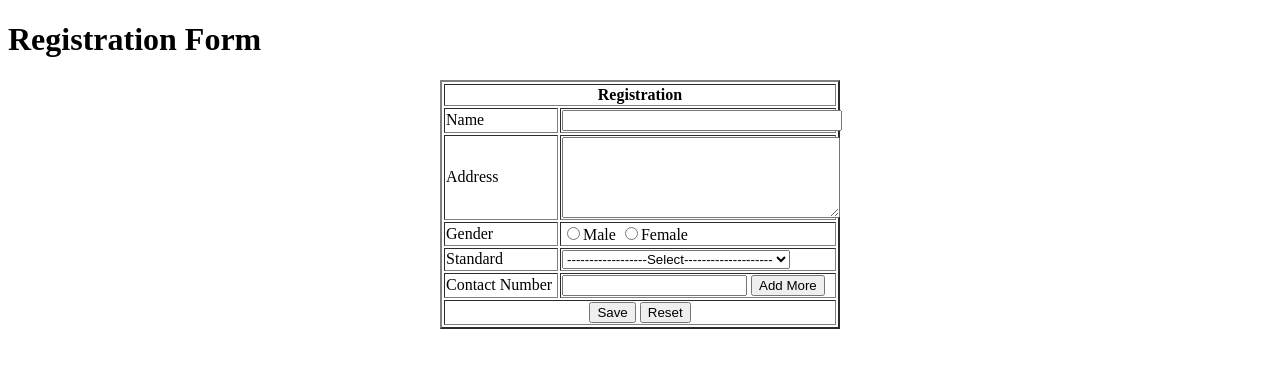
Repository: nsbgit/JavaTutorial
Page: http://localhost/2ndBatch/
An editor plug-in stored every save of this project. The page is shown before and after the next save, followed by the edit.
The browser window is 1280 px wide. The pictures show the whole page.
The page is served by Tomcat 9.

Above is the page before, as saved 2013-12-17 20:33:13.

### Webel Daily Home/J2EE Webel Tutorial Class/2ndBatch/WebContent/1st.jsp
<%@ page language="java" contentType="text/html; charset=ISO-8859-1"
    pageEncoding="ISO-8859-1"%>
<!DOCTYPE html PUBLIC "-//W3C//DTD HTML 4.01 Transitional//EN" "http://www.w3.org/TR/html4/loose.dtd">
<html>
<head>
<meta http-equiv="Content-Type" content="text/html; charset=ISO-8859-1">
<title>Webel Tutorial</title>
</head>
<body>
	<form action="#" method="post">
	<%--
	We have to draw or make a table inside form tag because this tag is required to pass the value into SERVLET
	 --%>
		<table border="2" width="400px" align="center">
		<%--
		Table is created into a row and column manner
		 --%>
			<h1 >Registration Form</h1> <%-- This is for heading of the page --%>

			<tr>
			<%--
			This tag is used for creation of a new row
			 --%>
				<th align="center" colspan="2">Registration</th> <%-- This tag is used for table header --%>
			</tr>

			<tr>
				<td>Name</td> <%-- This tag is for the new column for a particular row --%>
				<td>
					<input type="text" style="width: 100%"> <%-- Syntax for TEXTBOX --%>
				</td>
			</tr>

			<tr>
				<td>Address</td>
				<td>
					<textarea rows="5" cols="15" style="width: 100%"></textarea> <%-- Syntax for TEXT AREA --%>
				</td>
			</tr>


			<tr>
				<td>Gender</td>
				<td>
					<input type="radio">Male <%-- Syntax for RADIO BUTTON --%>
					<input type="radio">Female
				</td>
			</tr>

			<tr>
				<td>Standard</td>
				<td>
					<select>
					<%--
					This tag is used for creation of drop down list but the option will be not created through it.
					 --%>
						<option>------------------Select--------------------</option>
						<%--
						Options will be created by this tag
						 --%>
						<option>Standard 1</option>
						<option>Standard 2</option>
						<option>Standard 3</option>
						<option>Standard 4</option>
					</select>
				</td>
			</tr>

			<tr>
				<td>Contact Number</td>
				<td>
					<input type="text">
					<input type="button" value="Add More"><%-- Syntax for BUTTON --%>
				</td>
			</tr>

			<tr>
				<td align="center" colspan="2">
					<input type="submit" value="Save">
					<input type="reset" value="Reset">
				</td>
			</tr>



		</table>
	</form>
</body>
</html>

After the next save:
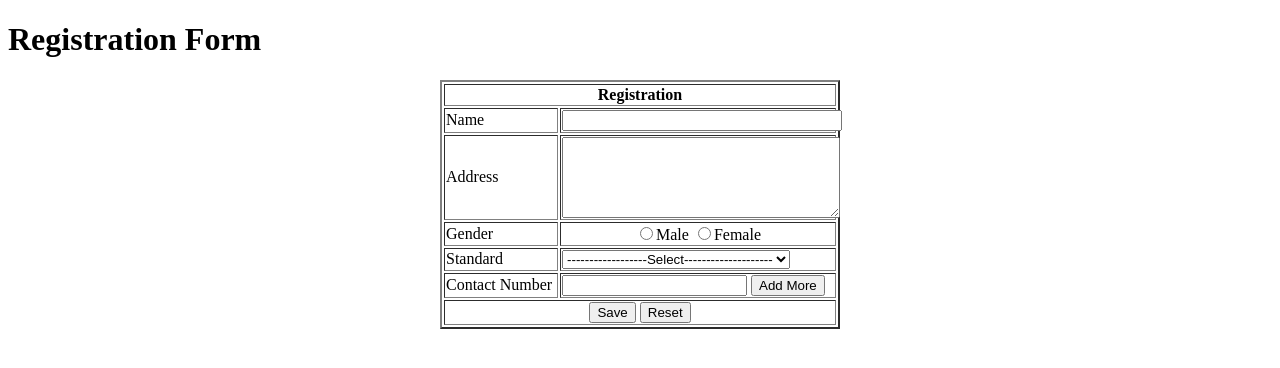
Saved 29 s later.
--- a/Webel Daily Home/J2EE Webel Tutorial Class/2ndBatch/WebContent/1st.jsp
+++ b/Webel Daily Home/J2EE Webel Tutorial Class/2ndBatch/WebContent/1st.jsp
@@ -41,7 +41,7 @@
 
 			<tr>
 				<td>Gender</td>
-				<td>
+				<td align="center">
 					<input type="radio">Male <%-- Syntax for RADIO BUTTON --%>
 					<input type="radio">Female
 				</td>
